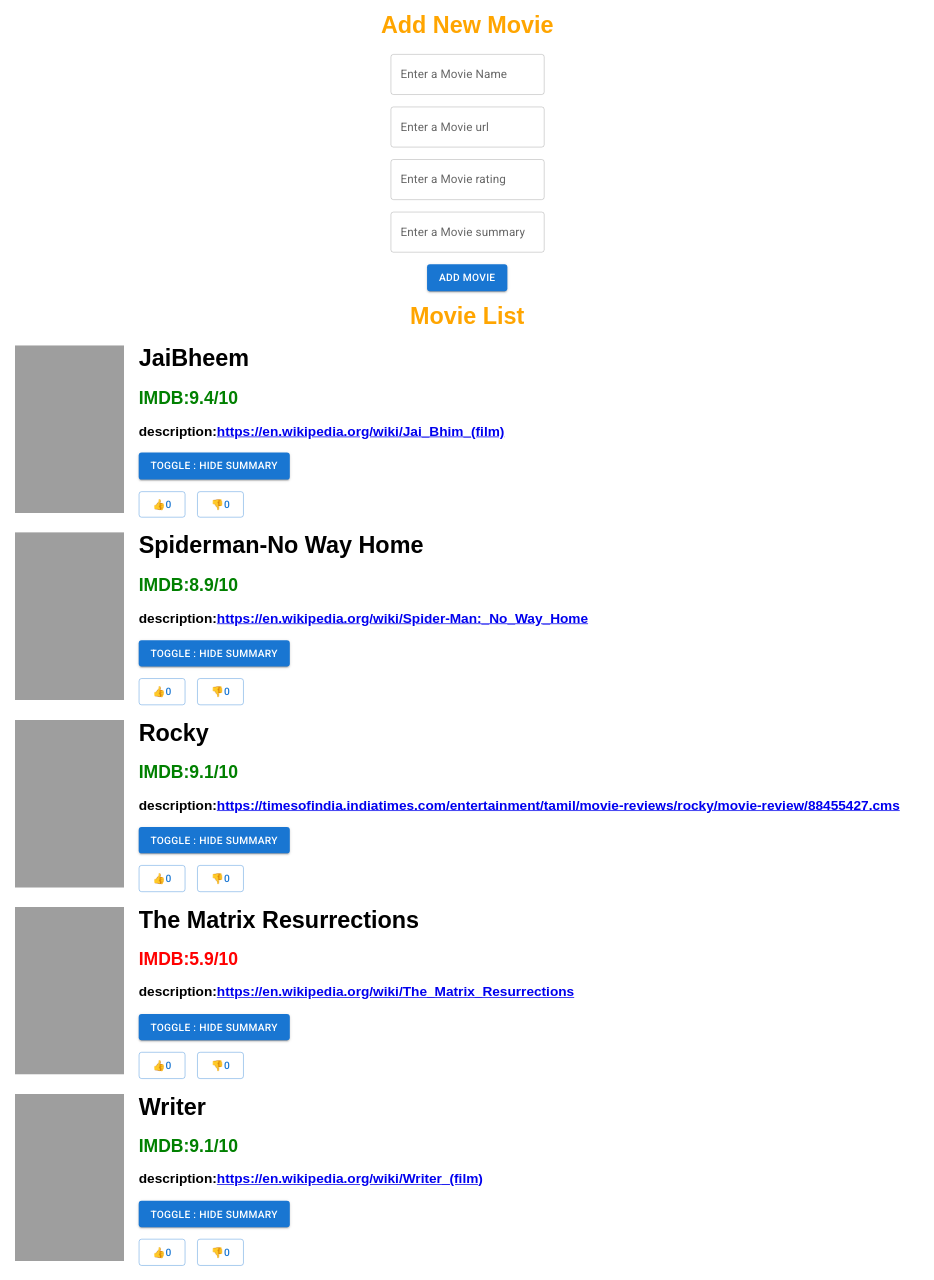
Repository: baladhinesh18/first-app
Page: /AddColor
These files come from the project's save history. The page is drawn as it stood at one moment and after a run of saves; the edit follows.
The browser window is 1280 px wide. The pictures show the whole page, at 73% of full size.
Pictures or frames that could not be fetched are drawn as grey boxes. The project was rebuilt for these pictures with package versions that can differ from the ones it lists, and the page was loaded fresh each time.

Above is the page before, as saved 2022-01-07 18:22:50.

### public/index.html
<!DOCTYPE html>
<html lang="en">
  <head>
    <meta charset="utf-8" />
    <!-- <link rel="icon" href="%PUBLIC_URL%/favicon.ico" /> -->
    <meta name="viewport" content="width=device-width, initial-scale=1" />
    <meta name="theme-color" content="#000000" />
    <meta
      name="description"
      content="Web site created using create-react-app"
    />
    <!-- <link rel="apple-touch-icon" href="%PUBLIC_URL%/logo192.png" /> -->
    <!--
      manifest.json provides metadata used when your web app is installed on a
      user's mobile device or desktop. See https://developers.google.com/web/fundamentals/web-app-manifest/
    -->
    <!-- <link rel="manifest" href="%PUBLIC_URL%/manifest.json" /> -->
    <!--
      Notice the use of %PUBLIC_URL% in the tags above.
      It will be replaced with the URL of the `public` folder during the build.
      Only files inside the `public` folder can be referenced from the HTML.

      Unlike "/favicon.ico" or "favicon.ico", "%PUBLIC_URL%/favicon.ico" will
      work correctly both with client-side routing and a non-root public URL.
      Learn how to configure a non-root public URL by running `npm run build`.
    -->
    <link
  rel="stylesheet"
  href="https://fonts.googleapis.com/css?family=Roboto:300,400,500,700&display=swap"
/>
<link
  rel="stylesheet"
  href="https://fonts.googleapis.com/icon?family=Material+Icons"
/>
    <title>New Movies</title>
  </head>
  <body>
    <noscript>You need to enable JavaScript to run this app.</noscript>
    <div id="root"></div>
    <!--
      This HTML file is a template.
      If you open it directly in the browser, you will see an empty page.

      You can add webfonts, meta tags, or analytics to this file.
      The build step will place the bundled scripts into the <body> tag.

      To begin the development, run `npm start` or `yarn start`.
      To create a production bundle, use `npm run build` or `yarn build`.
    -->
  </body>
</html>

### src/App.js

import './App.css';
import {useState} from "react";
import Button from '@mui/material/Button';
import TextField from '@mui/material/TextField';
// const[add,setAdd] =useState([]);
function App() {
  let users = [
    {
      name: "JaiBheem",
      url:
      "https://encrypted-tbn3.gstatic.com/images?q=tbn:ANd9GcQm8U_-RJoMKrgvpIVLbDV8ovuHIp-p_Ls5I7WHaXJUUCbhjQVd",
      rating:"9.4",
      summary:"https://en.wikipedia.org/wiki/Jai_Bhim_(film)"
    },
    {
      name: "Spiderman-No Way Home",
      url:
      "https://www.thehindubusinessline.com/news/variety/4sw3ar/article37984362.ece/ALTERNATES/PORTRAIT_355/Spider-Man---No-Way-Home-Poster-Pic-Credit---Marvel",
      rating:"8.9",
      summary:"https://en.wikipedia.org/wiki/Spider-Man:_No_Way_Home"
    },
    {
      name: "Rocky",
      url:
      "https://static.toiimg.com/thumb/msid-88435003,width-219,height-317,imgsize-16192/88435003.jpg",
      rating:"9.1",
      summary:"https://timesofindia.indiatimes.com/entertainment/tamil/movie-reviews/rocky/movie-review/88455427.cms"
    },
    {
      name: " The Matrix Resurrections",
      url:
      "https://encrypted-tbn0.gstatic.com/images?q=tbn:ANd9GcQHjE4eApjpFWlpAdiC_aFG2FkfvimiGW0TK4mB-hc_T4Uitj9J",
      rating:"5.9",
      summary:"https://en.wikipedia.org/wiki/The_Matrix_Resurrections"
    },
    {
      name: "Writer",
      url:
      "https://static.moviecrow.com/gallery/20210414/185058-Ey6W3Z2VoAMu4P2%20(1).jpg",
      rating:"9.1",
      summary:"https://en.wikipedia.org/wiki/Writer_(film)"
    }
  ];
  const mart={margin:'1rem 0 0 0'}
  const [name, setName] = useState("");
  const [url, setUrl] = useState("");
  const [rating, setRating] = useState("");
  const [summary, setSummary] = useState("");
  const[add,setAdd] =useState([]);
  console.log(add);
  const x={name,url,rating,summary}
  return (
    <div className="App">
    <h1 className="lor">Add New Movie</h1>
      <div  className="btn" >
      <TextField id="outlined-basic" label="Enter a Movie Name" variant="outlined" value={name} onChange={(event)=>setName(event.target.value)} />
      <TextField id="outlined-basic" label="Enter a Movie url" variant="outlined" style={mart} value={url}  onChange={(event)=>setUrl(event.target.value)}/>
      <TextField id="outlined-basic" label="Enter a Movie rating" variant="outlined" style={mart} value={rating}  onChange={(event)=>setRating(event.target.value)}/>
      <TextField id="outlined-basic" label="Enter a Movie summary" variant="outlined" style={mart} value={summary}  onChange={(event)=>setSummary(event.target.value)}/>
      <Button  variant="contained" style={mart} onClick={()=>setAdd([...users,x])}>Add Movie</Button>
      {/* <Counter/> */}
      </div>
     <h1 className="lor">Movie List</h1>
      {users.map(({ name, url ,rating,summary}) => (
        <Starting key={url} nme={name} ur={url} rat={rating} des={summary} >
        </Starting>
      ))}


    </div>
  );
}
function Counter(){
const [like,setLike]=useState(0);
const[dislike,setDislike]=useState(0);
const marr={margin:'0 1rem 0 0 '}
return(
  <div className="vacls">
  <Button onClick={()=>setLike(like+1)}   variant="outlined" style={marr}>👍{like}</Button>
  <Button onClick={()=>setDislike(dislike+1)}   variant="outlined" >👎{dislike}</Button>
  {/* <h1>{like}</h1> */}
  </div>
)}

function Starting({ nme, ur,rat,des }) {
const styles={color: rat>=8.5? "green":"red"};
const[isHide,setIsHide]=useState(true);

  return (
    <div>
    <div className="ro">
     <img src={ur} className="mg" alt={nme} />
      <div className="col">
      <h1> {nme}</h1>
      <h2 style={styles}>IMDB:{rat}/10</h2>
      { isHide?<h3>description:<a href={des}>{des}</a></h3>:null}
      {/* <h3>description:<a href={des}>{des}</a></h3> */}
      <div>
    <Button onClick={()=>setIsHide(!isHide)} variant="contained">Toggle : Hide summary</Button>
    </div>
    <Counter/>
      </div>
    </div>
    </div>
  );
}

// function ColorBox(){

// }

export default App;

### src/App.css
.App {
  font-family: sans-serif;
  text-align: center;
}
.mg {
  height: 230px;
  width: 150px;
  object-fit: center;
}
.ro{
display: flex;
flex-direction: row;
margin-left: 20px;
margin-bottom: 20px;
}
.col{
  display:flex;
  flex-direction: column;
  align-items: flex-start;
margin-left: 20px;
}
.lor{
color:orange;
margin-top: 1rem;
}
h1,h2,h3{
  margin-top: 0px;
  gap: 1rem;
}
button{
  margin-bottom: 1rem;
}
.vacls{
margin-top: 1rem;
margin-right: 1rem;
}
.btn{
  display: flex;
  flex-direction: column;
  justify-content: center;
  align-items: center;
 }
 .bncs{
   margin-top:5rem;
 }

Loaded but not shown: src/index.js (common file); src/index.css (common file); src/reportWebVitals.js (common file)

After the next 2 saves:
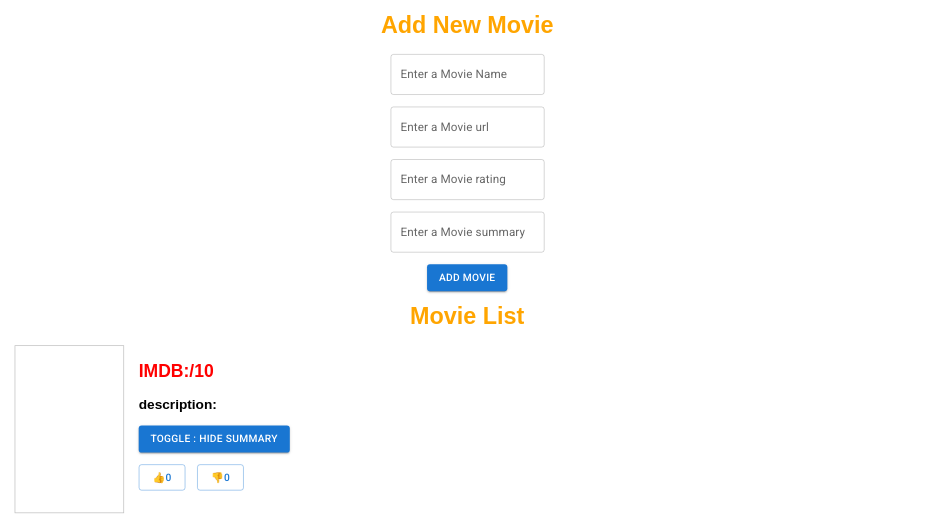
The 2 saves are shown as one change because 1 did not build or start.
The last was saved 8 min 7 s later.
--- a/src/App.js
+++ b/src/App.js
@@ -48,6 +48,7 @@
   const [rating, setRating] = useState("");
   const [summary, setSummary] = useState("");
   const[add,setAdd] =useState([]);
+  const[update,setUpdate] =useState([{users}]);
   console.log(add);
   const x={name,url,rating,summary}
   return (
@@ -62,7 +63,7 @@
       {/* <Counter/> */}
       </div>
      <h1 className="lor">Movie List</h1>
-      {users.map(({ name, url ,rating,summary}) => (
+      {update.map(({ name, url ,rating,summary}) => (
         <Starting key={url} nme={name} ur={url} rat={rating} des={summary} >
         </Starting>
       ))}

After the save that followed:
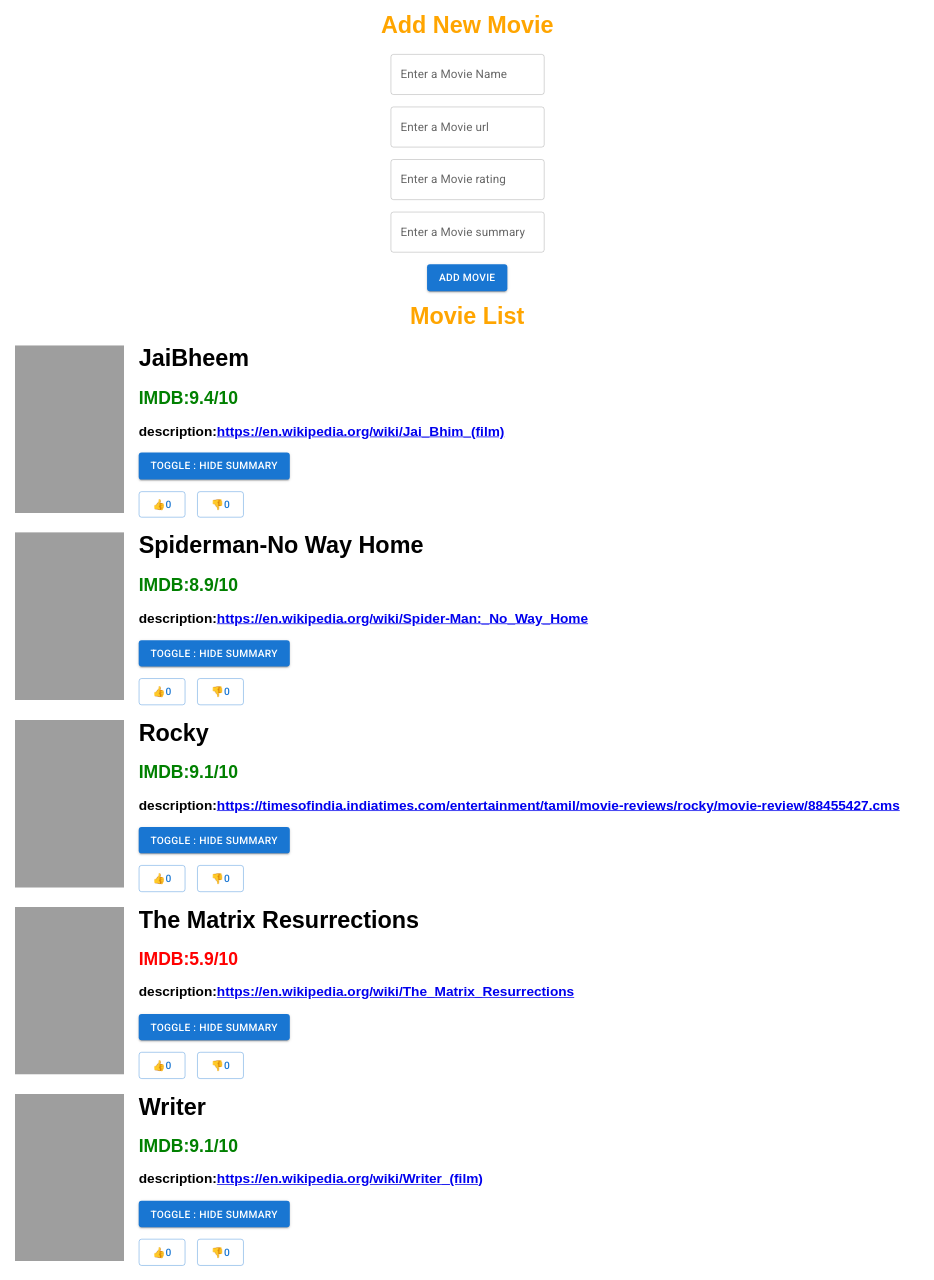
Saved 2 min 4 s later.
--- a/src/App.js
+++ b/src/App.js
@@ -48,7 +48,7 @@
   const [rating, setRating] = useState("");
   const [summary, setSummary] = useState("");
   const[add,setAdd] =useState([]);
-  const[update,setUpdate] =useState([{users}]);
+  // const[update,setUpdate] =useState([{users}]);
   console.log(add);
   const x={name,url,rating,summary}
   return (
@@ -63,7 +63,7 @@
       {/* <Counter/> */}
       </div>
      <h1 className="lor">Movie List</h1>
-      {update.map(({ name, url ,rating,summary}) => (
+      {users.map(({ name, url ,rating,summary}) => (
         <Starting key={url} nme={name} ur={url} rat={rating} des={summary} >
         </Starting>
       ))}
